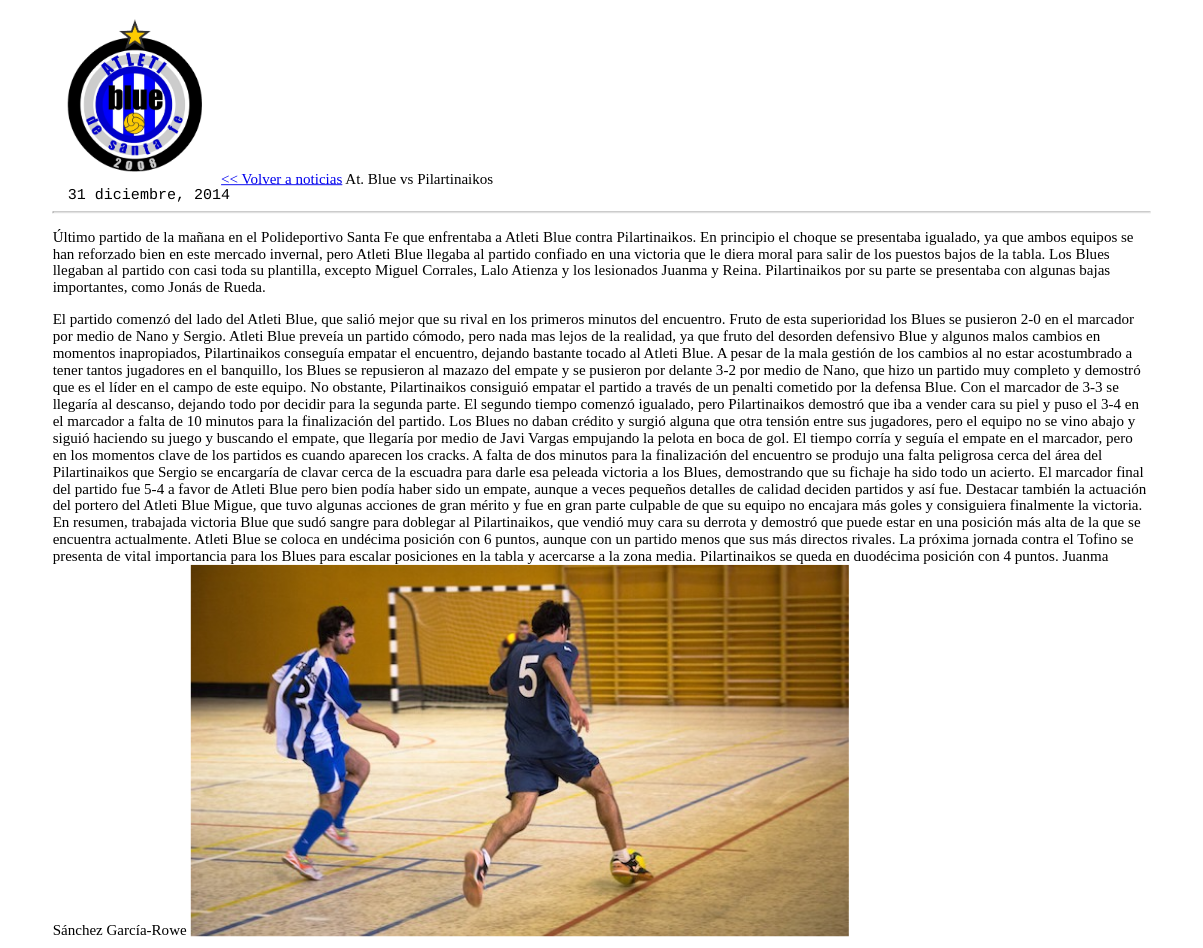
Repository: DiegoGodoy/atletiblue
Page: app/views/noticias/noticia3.html
The author's editor kept a record of every edit. The page is drawn from the files as they stood at one moment, then again after the next edit.
The browser window is 1280 px wide. The pictures show the whole page, at 94% of full size.

Above is the page before.

After the next edit:
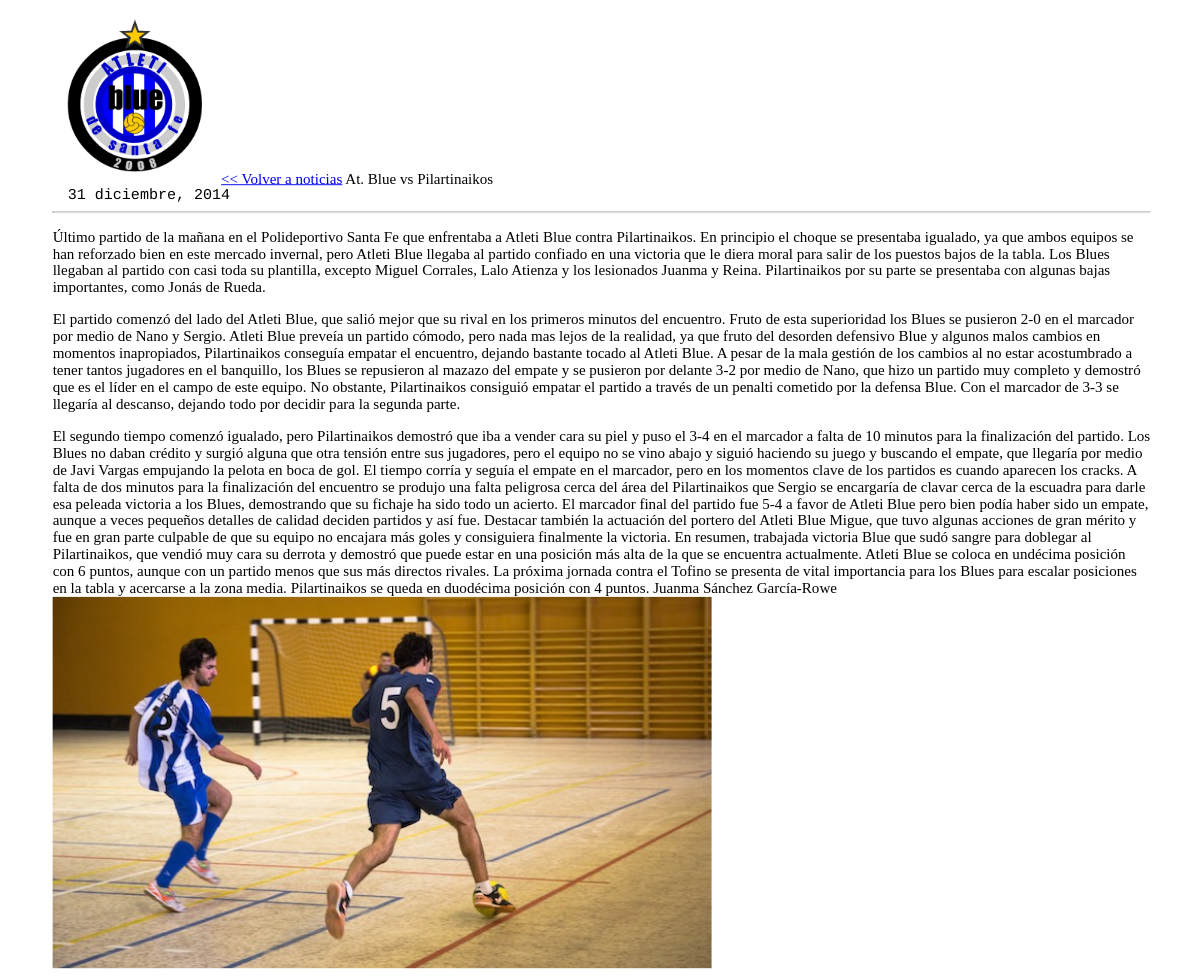
The edit:
--- a/app/views/noticias/noticia3.html
+++ b/app/views/noticias/noticia3.html
@@ -12,7 +12,7 @@
                         <hr class="separadorTitulos">
                         <p>Último partido de la mañana en el Polideportivo Santa Fe que enfrentaba a Atleti Blue contra Pilartinaikos. En principio el choque se presentaba igualado, ya que ambos equipos se han reforzado bien en este mercado invernal, pero Atleti Blue llegaba al partido confiado en una victoria que le diera moral para salir de los puestos bajos de la tabla. Los Blues llegaban al partido con casi toda su plantilla, excepto Miguel Corrales, Lalo Atienza y los lesionados Juanma y Reina. Pilartinaikos por su parte se presentaba con algunas bajas importantes, como Jonás de Rueda.</p>
 
-El partido comenzó del lado del Atleti Blue, que salió mejor que su rival en los primeros minutos del encuentro. Fruto de esta superioridad los Blues se pusieron 2-0 en el marcador por medio de Nano y Sergio. Atleti Blue preveía un partido cómodo, pero nada mas lejos de la realidad, ya que fruto del desorden defensivo Blue y algunos malos cambios en momentos inapropiados, Pilartinaikos conseguía empatar el encuentro, dejando bastante tocado al Atleti Blue. A pesar de la mala gestión de los cambios al no estar acostumbrado a tener tantos jugadores en el banquillo, los Blues se repusieron al mazazo del empate y se pusieron por delante 3-2 por medio de Nano, que hizo un partido muy completo y demostró que es el líder en el campo de este equipo. No obstante, Pilartinaikos consiguió empatar el partido a través de un penalti cometido por la defensa Blue. Con el marcador de 3-3 se llegaría al descanso, dejando todo por decidir para la segunda parte.
+El partido comenzó del lado del Atleti Blue, que salió mejor que su rival en los primeros minutos del encuentro. Fruto de esta superioridad los Blues se pusieron 2-0 en el marcador por medio de Nano y Sergio. Atleti Blue preveía un partido cómodo, pero nada mas lejos de la realidad, ya que fruto del desorden defensivo Blue y algunos malos cambios en momentos inapropiados, Pilartinaikos conseguía empatar el encuentro, dejando bastante tocado al Atleti Blue. A pesar de la mala gestión de los cambios al no estar acostumbrado a tener tantos jugadores en el banquillo, los Blues se repusieron al mazazo del empate y se pusieron por delante 3-2 por medio de Nano, que hizo un partido muy completo y demostró que es el líder en el campo de este equipo. No obstante, Pilartinaikos consiguió empatar el partido a través de un penalti cometido por la defensa Blue. Con el marcador de 3-3 se llegaría al descanso, dejando todo por decidir para la segunda parte.</p>
 
 El segundo tiempo comenzó igualado, pero Pilartinaikos demostró que iba a vender cara su piel y puso el 3-4 en el marcador a falta de 10 minutos para la finalización del partido. Los Blues no daban crédito y surgió alguna que otra tensión entre sus jugadores, pero el equipo no se vino abajo y siguió haciendo su juego y buscando el empate, que llegaría por medio de Javi Vargas empujando la pelota en boca de gol. El tiempo corría y seguía el empate en el marcador, pero en los momentos clave de los partidos es cuando aparecen los cracks. A falta de dos minutos para la finalización del encuentro se produjo una falta peligrosa cerca del área del Pilartinaikos que Sergio se encargaría de clavar cerca de la escuadra para darle esa peleada victoria a los Blues, demostrando que su fichaje ha sido todo un acierto. El marcador final del partido fue 5-4 a favor de Atleti Blue pero bien podía haber sido un empate, aunque a veces pequeños detalles de calidad deciden partidos y así fue.
 
